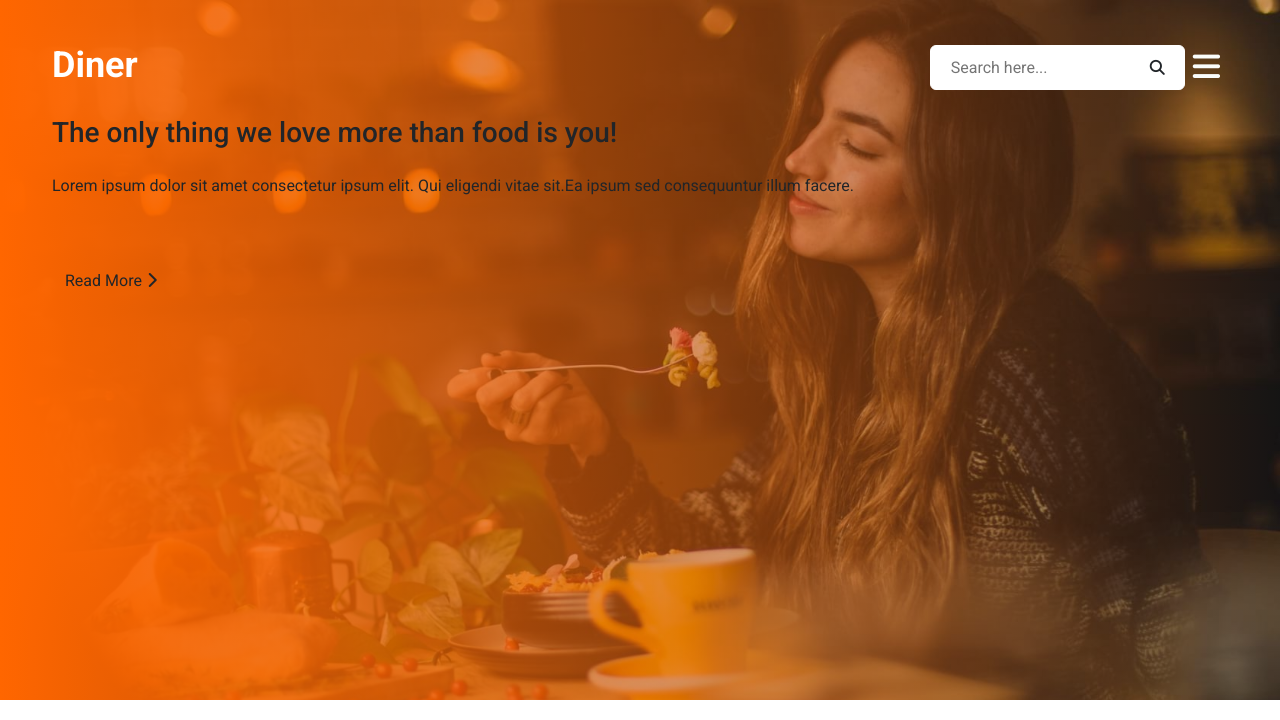
Repository: minhtrivu6199/Diner
Page: index.html
The author's editor kept a copy of each file at every save. The page is drawn from the files as they stood at one save, then again after the next save.
The browser window is 1280 px wide. The pictures show the whole page.
The style sheet was rebuilt from its Sass, Less or Tailwind sources for each picture, by a compiler version that may differ from the author's.

Above is the page before, as saved 2022-10-10 14:25:50.

After the next save:
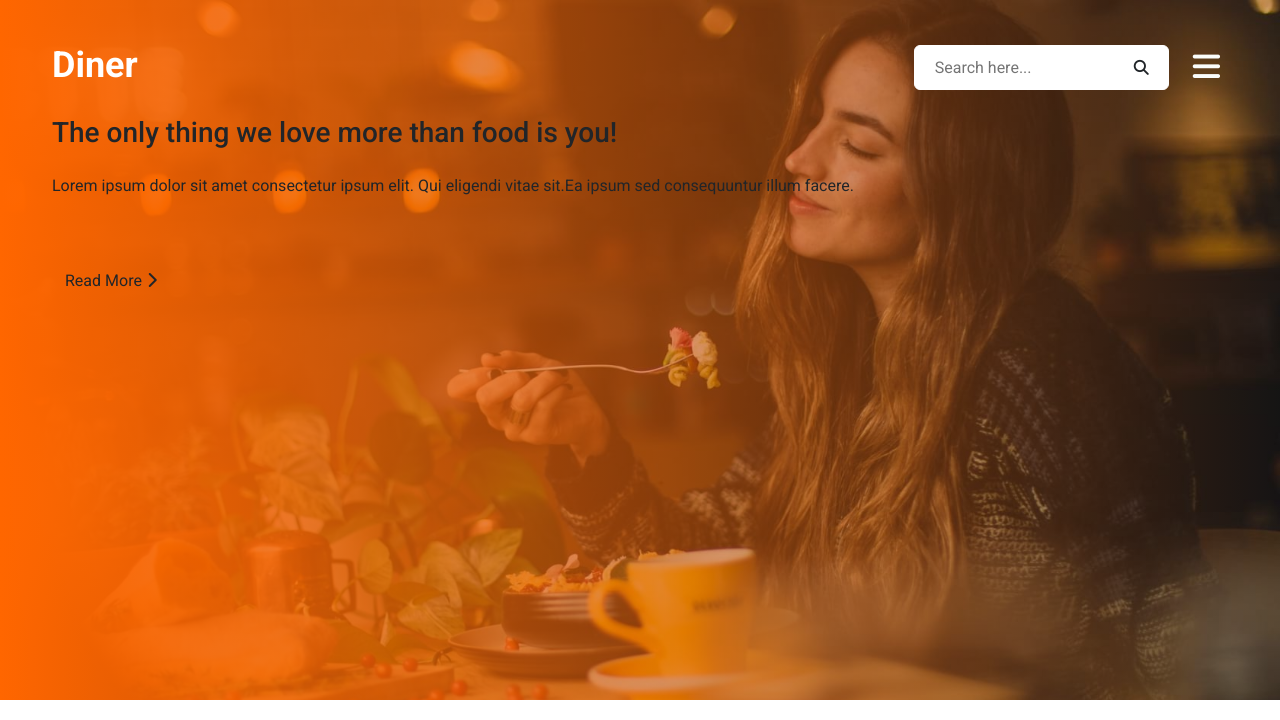
Saved 106 s later.
--- a/scss/style.scss
+++ b/scss/style.scss
@@ -68,6 +68,9 @@ a {
                     display: flex;
                     justify-content:center;
                     align-items: center;
+                    .mobile-nav-button {
+                        margin-left: 1rem;
+                    }
                 }
 
             }
